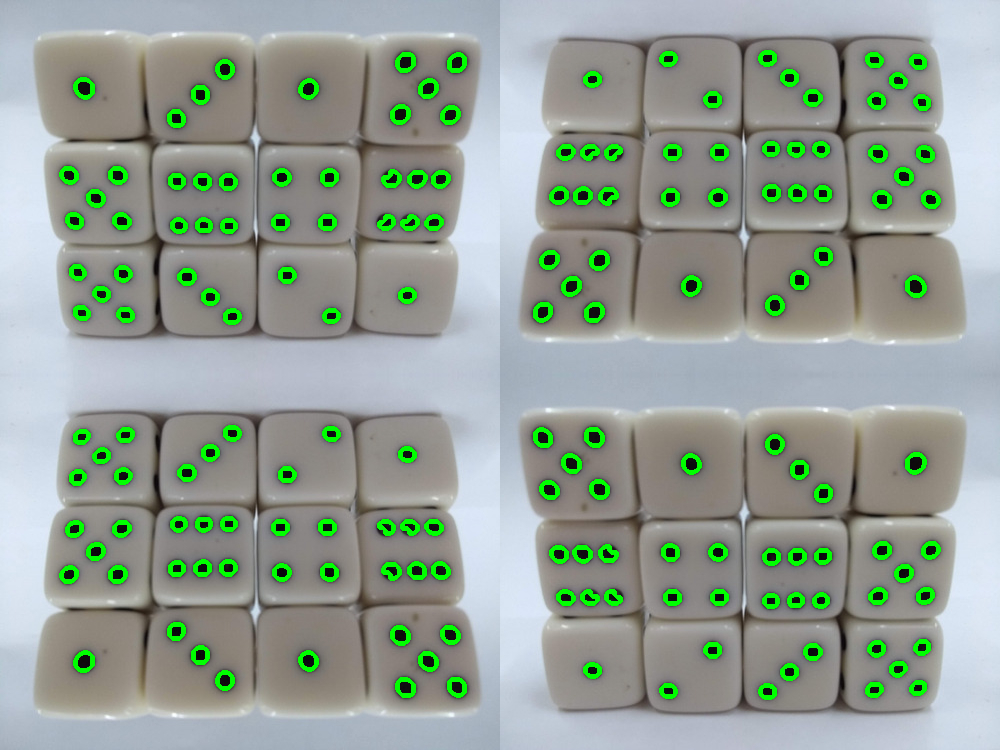
Repository: kaiofbgarcia/OpenCV
Script's output: python Dados/dadosPilha2.py
The author's editor kept a copy of each file at every save. The script's output is drawn from the files as they stood at one save, then again after the next save.
Random numbers start from a fixed seed. It also reads Dados/imgDados/dadosPilha2.jpg.

Above is the script's output before, as saved 2022-07-01 17:29:40.

### Dados/dadosPilha2.py
import cv2
from cv2 import THRESH_BINARY
from cv2 import erode
import numpy as np
from numpy import binary_repr

imagem = cv2.imread("imgDados/dadosPilha2.jpg")          # Carregar a imagem
gray = cv2.cvtColor(imagem, cv2.COLOR_BGR2GRAY)     # GrayScale
blur = cv2.blur(gray,(3,3))                       # Blur ###############

ret,binary = cv2.threshold(blur , 30 ,255, cv2.THRESH_BINARY)         # Binarização ################
ret1,binary1 = cv2.threshold(binary,127,255,cv2.THRESH_BINARY_INV)   # Inverter a Binarização

kernel = np.ones((5,5), np.uint8)                   # Erosão
erosion = cv2.erode(binary1, kernel, iterations=1)  # Erosão
dilation = cv2.dilate(erosion, kernel, iterations=1)

contours, hierarchy = cv2.findContours(dilation, cv2.RETR_TREE, cv2.CHAIN_APPROX_SIMPLE) # Procura os Objetos
cont = len(contours)                                                                     # Conta os Objetos

cv2.drawContours(imagem, contours, -1, (0,255,0), 3)

print("Resultado dos dados: ", cont)

cv2.imshow("Dilatation", imagem)

cv2.waitKey(0)

After the next save:
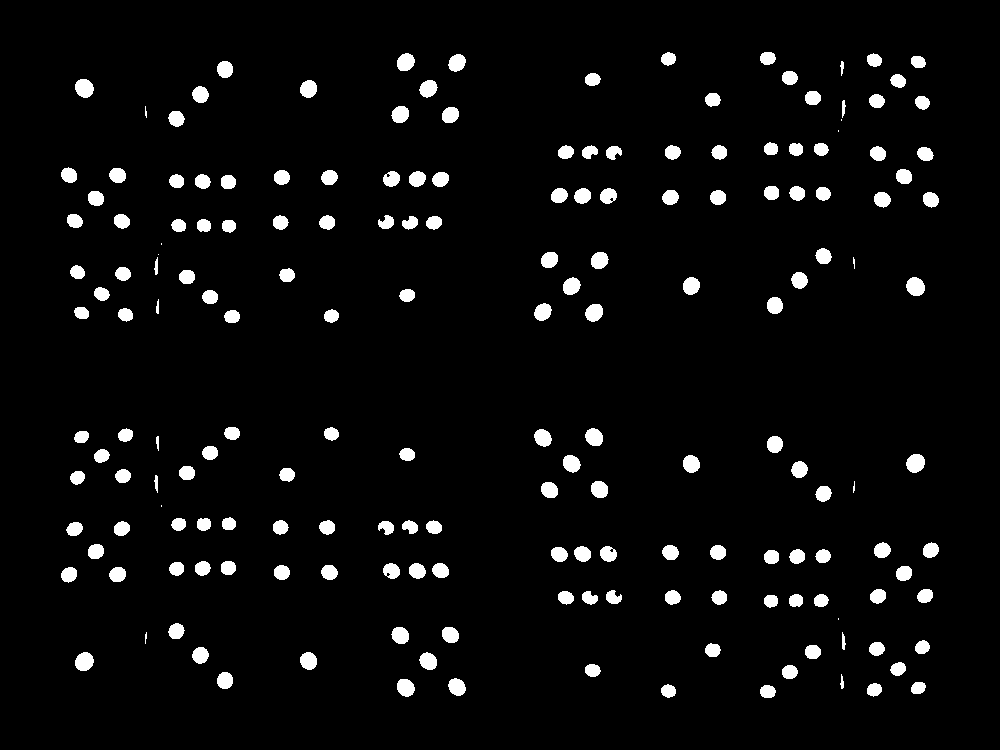
Saved 6 min 17 s later.
--- a/Dados/dadosPilha2.py
+++ b/Dados/dadosPilha2.py
@@ -22,6 +22,6 @@ cv2.drawContours(imagem, contours, -1, (0,255,0), 3)
 
 print("Resultado dos dados: ", cont)
 
-cv2.imshow("Dilatation", imagem)
+cv2.imshow("Dilatation", binary1)
 
 cv2.waitKey(0)
